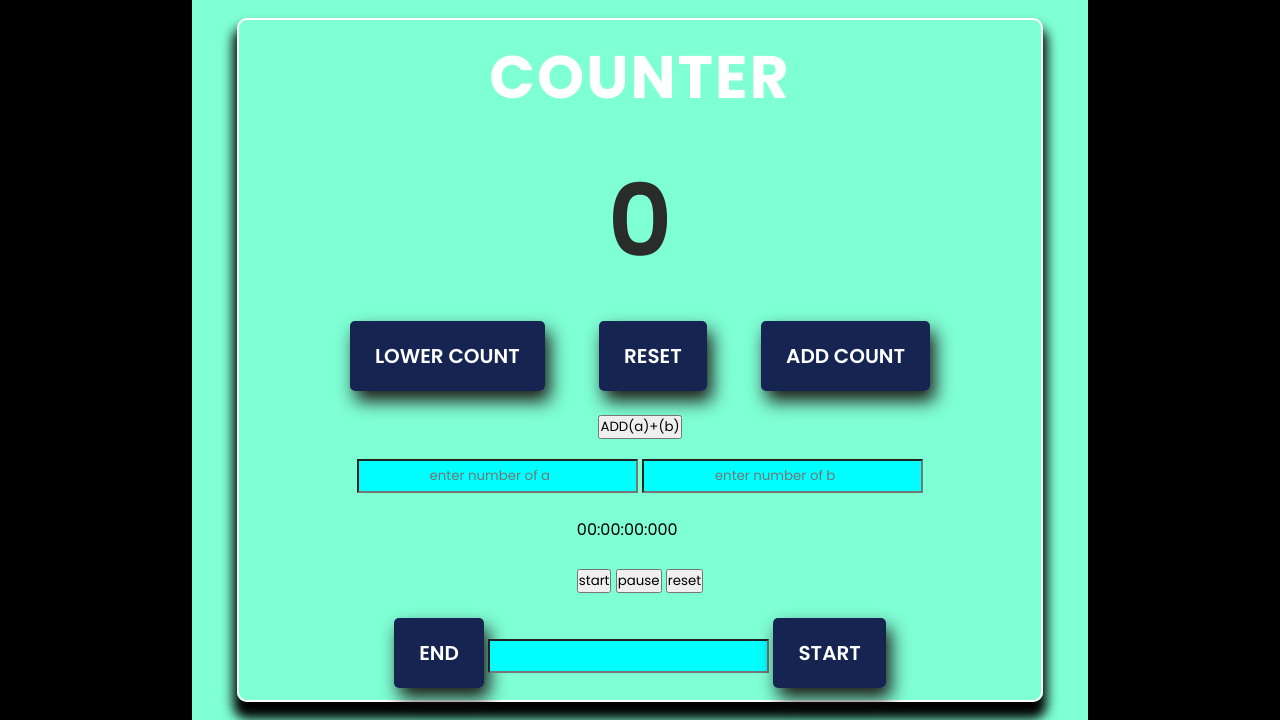
Repository: Seryozha02/Calculator
Page: index.html
An editor plug-in stored every save of this project. The page is shown before and after the next save, followed by the edit.
The browser window is 1280 px wide. The pictures show the whole page.

Above is the page before, as saved 2022-02-20 13:35:30.
Not found: script.js

### index.html
<!DOCTYPE html>
<html lang="en">
  <head>
    <meta charset="UTF-8" />
    <meta http-equiv="X-UA-Compatible" content="IE=edge" />
    <meta name="viewport" content="width=device-width, initial-scale=1.0" />
    <link rel="stylesheet" href="./style.css" />
    <title>Counter</title>
  </head>
  <body>
    <div class="body">
      <div class="parent">
          <div class="main">
              <div class="countText">
                  <h1>COUNTER</h1>
              </div>
              <div class="number">
                  <p id="num">0</p>
              </div>
              <div class="options">
                  <button class="leftButton">LOWER COUNT</button>
                  <button class="centerButton">RESET</button>
                  <button class="rightButton">ADD COUNT</button>
              </div>
              <div class="addABParent">
                  <button class="addAB">ADD(a)+(b)</button>
                  <input type="number" id="inputNum1" placeholder="enter number of a"><span class="plyus"></span>
                  <input type="number" id="inputNum2" placeholder="enter number of b"><span class="equals"></span>
                  <span id="valueOfSum"></span>
              </div>
              <form name="form_main">
                  <div>
                      <span id="hour">00</span>:<span id="minute">00</span>:<span id="second">00</span>:<span id="millisecond">000</span>
                  </div>
                  <br />
                  <button type="button" name="start">start</button>
                  <button type="button" name="pause">pause</button>
                  <button type="button" name="reset">reset</button>
              </form>
              <div class="options">
                  <button class="fibonLeft">END</button>
                  <input id="inputNumFibo">
                  <button class="fibonRight">START</button>
              </div>
          </div>
      </div>
  </div>
    <script src="script.js"></script>
  </body>
</html>

### style.css
@import url('https://fonts.googleapis.com/css2?family=Poppins:wght@200;300;400;500;600;700&display=swap');
* {
    margin: 0;
    padding: 0;
    box-sizing: border-box;
    font-family: 'Poppins', sans-serif;
}

.body {
    background-color: black;
    position: absolute;
    width: 100%;
    height: 100%;
    display: flex;
    align-items: center;
    justify-content: center;
}

.parent {
   background-color: aquamarine;
    position: relative;
    width: 70%;
    height: 100%;
    display: flex;
    align-items: center;
    justify-content: center;
}

.main {
    position: relative;
    width: 90%;
    height: 95%;
    display: flex;
    align-items: center;
    justify-content: center;
    flex-direction: column;
    border: 2px solid white;
    border-radius: 10px;
    box-shadow: 0px 13px 12px 4px;
    display: flex;
    flex-direction: column;
    justify-content: space-around;
}

.countText {
    display: flex;
    align-items: center;
    justify-content: center;
    letter-spacing: 2px;
    color: white;
    font-size: 30px;
}

.number {
    font-size: 100px;
    font-weight: 600;
    color: rgb(42, 44, 42);
}

.options button {
    background-color: rgba(7, 7, 63, 0.884);
    border-radius: 5px;
    color: white;
    font-size: 20px;
    font-weight: 600;
    cursor: pointer;
    border: none;
    padding: 20px 25px 20px 25px;
    box-shadow: 5px 10px 18px #1D1717;
}

.options button:hover,
.btn button:hover {
    transform: scale(0.96);
}

.options button.leftButton {
    margin-right: 50px;
}

.options button.rightButton {
    margin-left: 50px;
}

.addABParent {
    text-align: -webkit-center;
}

.addAB {
    display: flex;
    margin-bottom: 20px;
    cursor: pointer;
}

input {
    padding: 5px 10px;
    text-align: center;
    background-color: aqua;
}

After the next save:
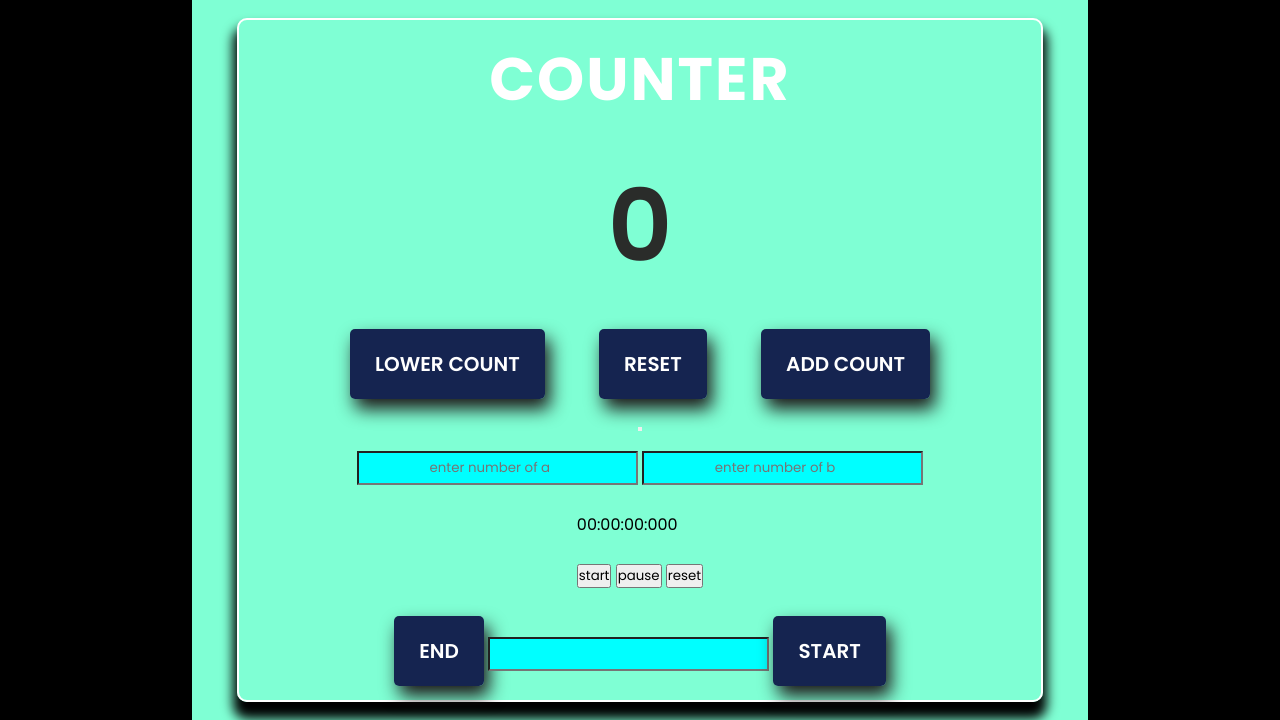
Saved 21 s later.
--- a/index.html
+++ b/index.html
@@ -23,7 +23,7 @@
                   <button class="rightButton">ADD COUNT</button>
               </div>
               <div class="addABParent">
-                  <button class="addAB">ADD(a)+(b)</button>
+                  <button class="addAB"></button>
                   <input type="number" id="inputNum1" placeholder="enter number of a"><span class="plyus"></span>
                   <input type="number" id="inputNum2" placeholder="enter number of b"><span class="equals"></span>
                   <span id="valueOfSum"></span>

After the save that followed:
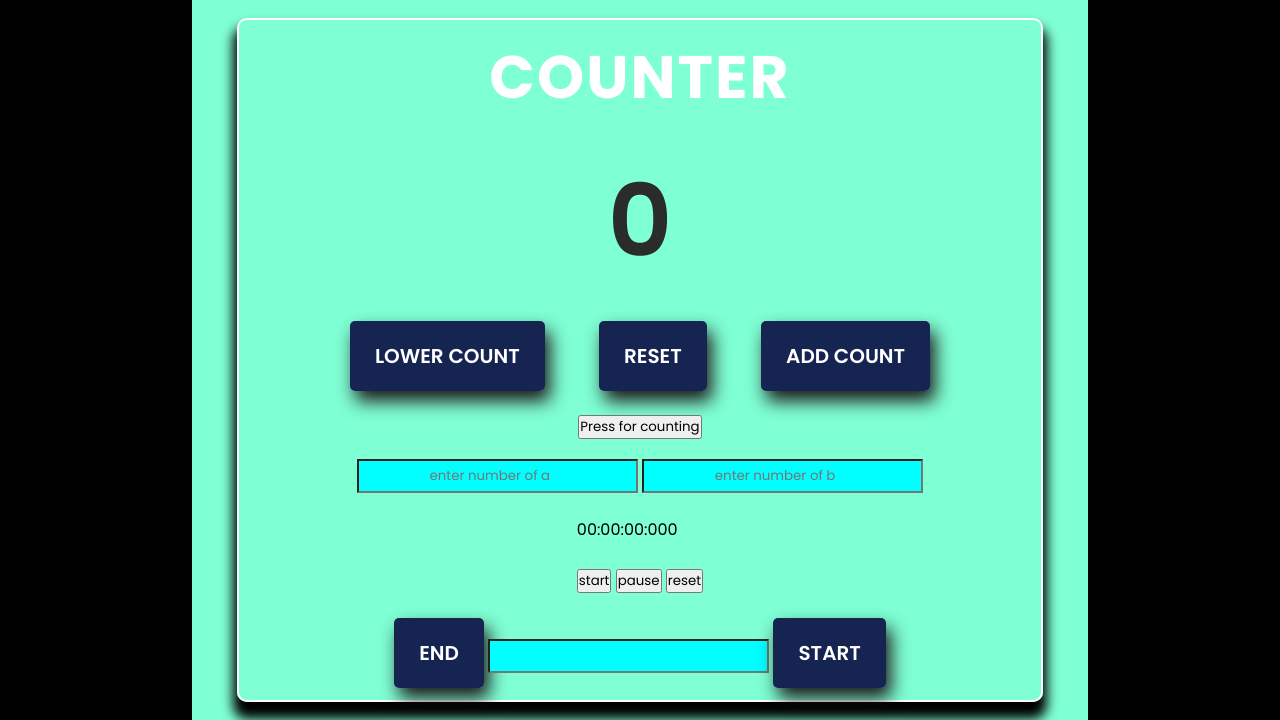
Saved 5 s later.
--- a/index.html
+++ b/index.html
@@ -23,7 +23,7 @@
                   <button class="rightButton">ADD COUNT</button>
               </div>
               <div class="addABParent">
-                  <button class="addAB"></button>
+                  <button class="addAB">Press for counting</button>
                   <input type="number" id="inputNum1" placeholder="enter number of a"><span class="plyus"></span>
                   <input type="number" id="inputNum2" placeholder="enter number of b"><span class="equals"></span>
                   <span id="valueOfSum"></span>
